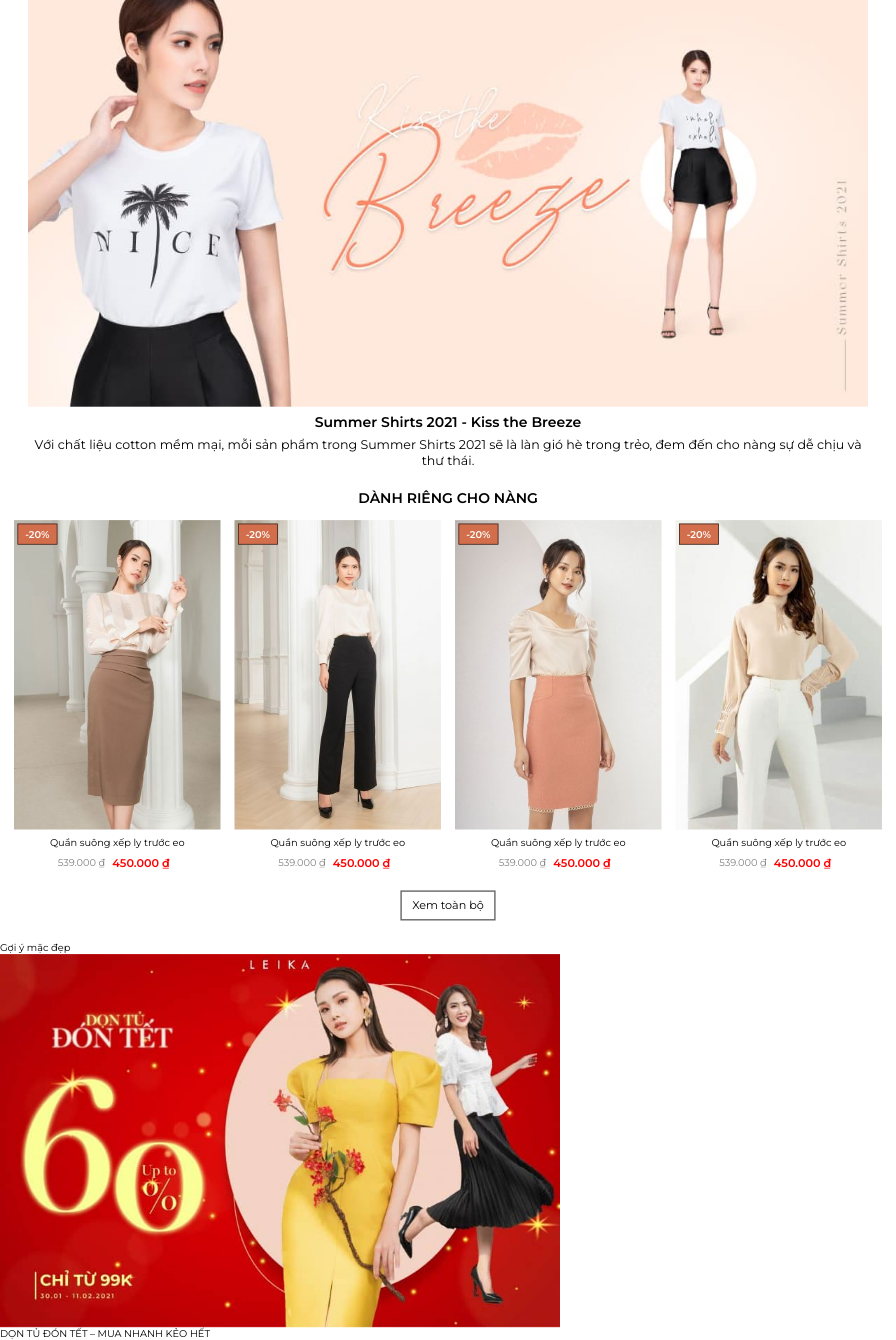
Repository: Nguyenductuan-dev/bt_j2team
Page: index.html
An editor plug-in stored every save of this project. The page is shown before and after the next save, followed by the edit.
The browser window is 1280 px wide. The pictures show the part of the page from y = 2000 to 3920 px (the page is 3914 px tall before and 3920 px after), at 70% of full size.

Above is the page before, as saved 2021-12-12 17:15:45.

After the next save:
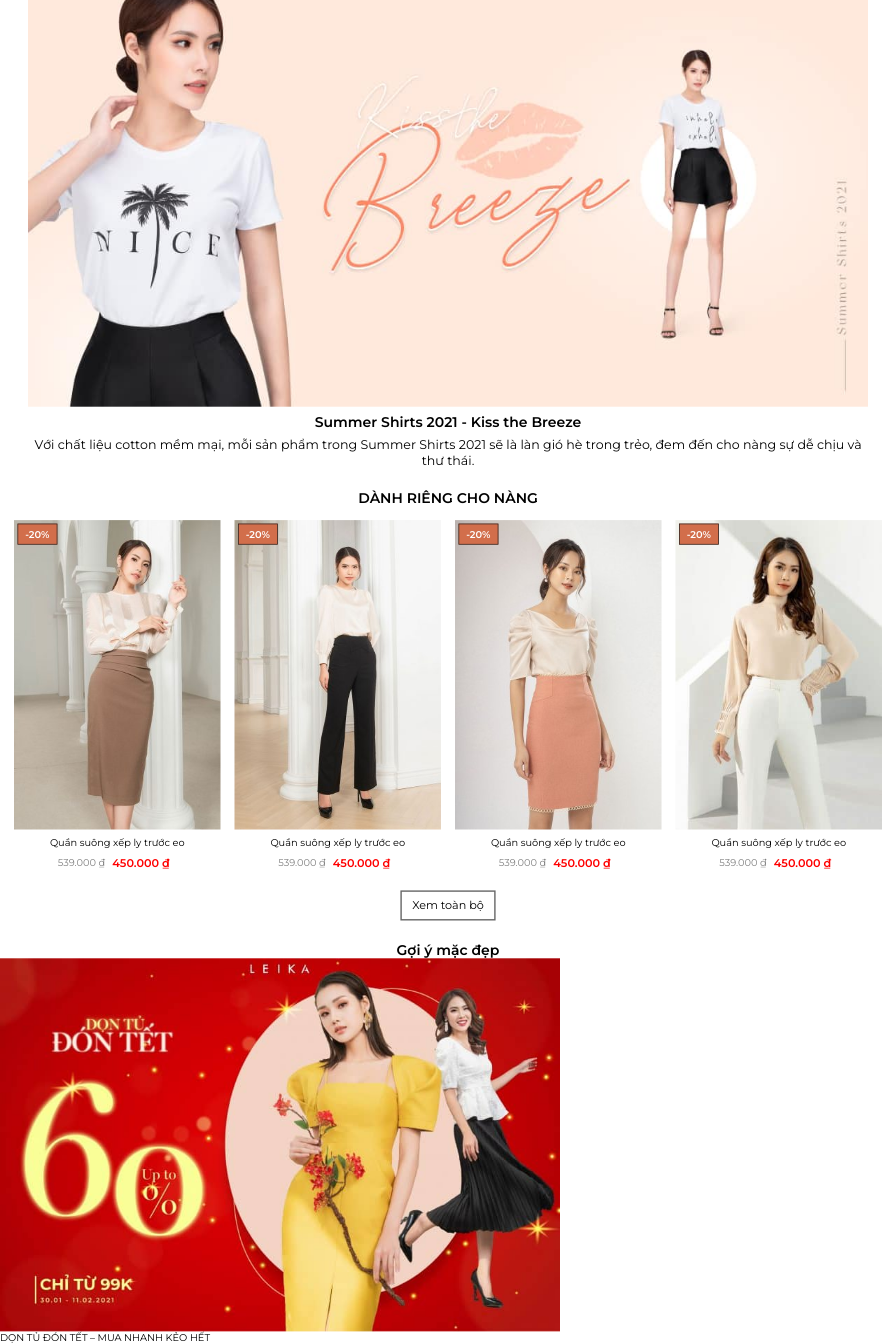
Saved 46 s later.
--- a/css/style.css
+++ b/css/style.css
@@ -227,3 +227,8 @@
 .home__blog {
     margin-top: 30px;
 }
+.home__blog-heading {
+    font-size: 20px;
+    font-weight: 600;
+    text-align: center;
+}
